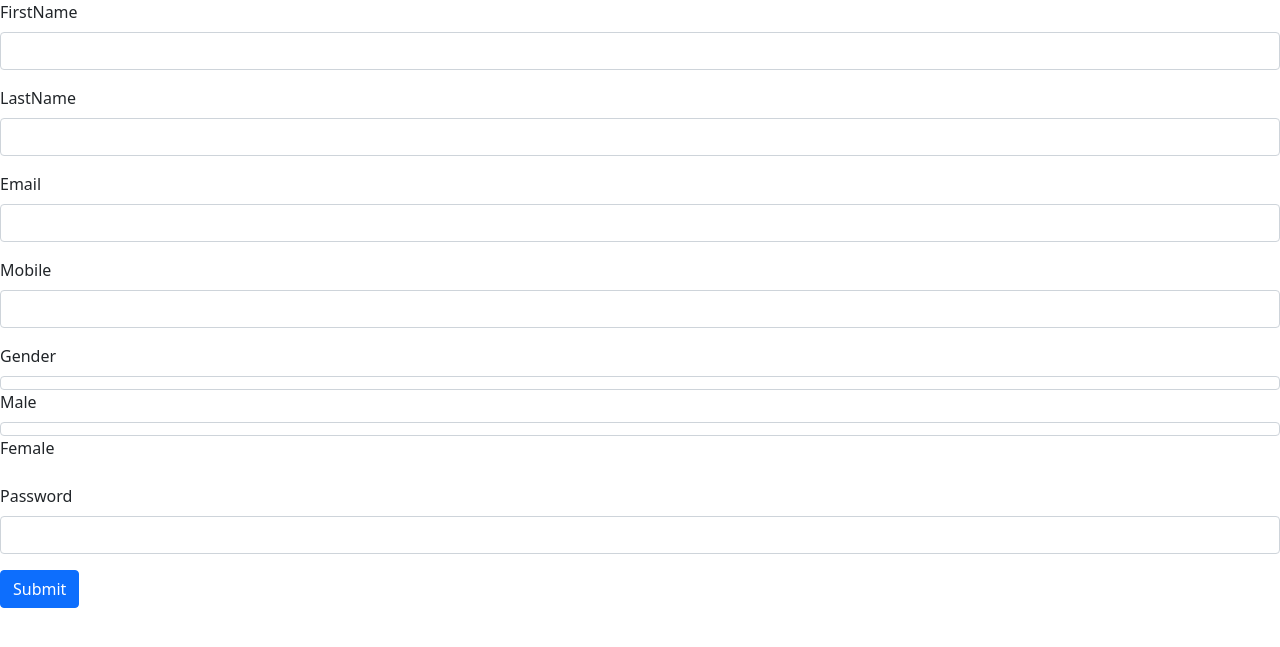
Repository: 2001Yogi/JavaWebAssignment
Page: http://localhost/StudentInformation/
The author's editor kept a copy of each file at every save. The page is drawn from the files as they stood at one save, then again after the next save.
The browser window is 1280 px wide. The pictures show the whole page.
The page is served by Tomcat 9. Other server files are loaded and not shown.

Above is the page before, as saved 2024-09-17 13:03:10.

### StudentInformation/src/main/webapp/index.jsp
<%@ page language="java" contentType="text/html; charset=ISO-8859-1"
	pageEncoding="ISO-8859-1"%>
<!DOCTYPE html>
<html>
<head>
<meta charset="ISO-8859-1">
<link
	href="https://cdn.jsdelivr.net/npm/bootstrap@5.0.2/dist/css/bootstrap.min.css"
	rel="stylesheet"
	integrity="sha384-EVSTQN3/azprG1Anm3QDgpJLIm9Nao0Yz1ztcQTwFspd3yD65VohhpuuCOmLASjC"
	crossorigin="anonymous">
<script
	src="https://cdn.jsdelivr.net/npm/bootstrap@5.0.2/dist/js/bootstrap.bundle.min.js"
	integrity="sha384-MrcW6ZMFYlzcLA8Nl+NtUVF0sA7MsXsP1UyJoMp4YLEuNSfAP+JcXn/tWtIaxVXM"
	crossorigin="anonymous"></script>
<script
	src="https://cdn.jsdelivr.net/npm/@popperjs/core@2.9.2/dist/umd/popper.min.js"
	integrity="sha384-IQsoLXl5PILFhosVNubq5LC7Qb9DXgDA9i+tQ8Zj3iwWAwPtgFTxbJ8NT4GN1R8p"
	crossorigin="anonymous"></script>
<script
	src="https://cdn.jsdelivr.net/npm/bootstrap@5.0.2/dist/js/bootstrap.min.js"
	integrity="sha384-cVKIPhGWiC2Al4u+LWgxfKTRIcfu0JTxR+EQDz/bgldoEyl4H0zUF0QKbrJ0EcQF"
	crossorigin="anonymous"></script>
<title>Student Form</title>
</head>
<body>
	<form>
		<div class="mb-3">
			<label class="form-label">FirstName</label>
				<input type="text" class="form-control" name="fname">
		</div>
		<div class="mb-3">
			<label  class="form-label">LastName</label>
				<input type="text" class="form-control" name="lname">
		</div>
		<div class="mb-3">
			<label  class="form-label">Email</label>
				<input type="email" class="form-control" name="email">
		</div>
		<div class="mb-3">
			<label class="form-label">Mobile</label>
				<input type="number" class="form-control" name="mobile">
		</div>
		<div class="mb-3">
			<label class="me-2 form-label">Gender</label>
				<input type="radio" class="form-control" name="gender"><label class="form-label">Male</label>
				<input type="radio" class="form-control" name="gender"><label class="me-2 form-label">Female</label>
		</div>
		<div class="mb-3">
			<label class="form-label">Password</label>
				<input type="password" class="form-control" name="pass">
		</div>

		<button type="submit" class="btn btn-primary" name="register">Submit</button>
	</form>
</body>
</html>

After the next save:
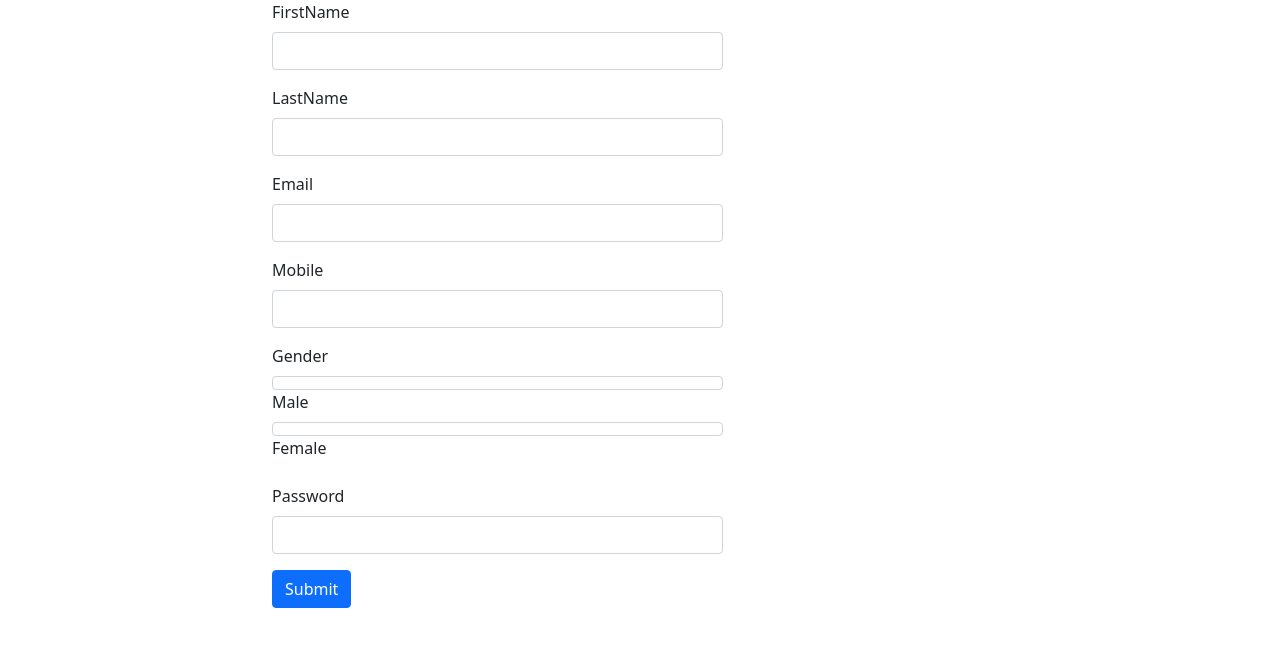
Saved 116 s later.
--- a/StudentInformation/src/main/webapp/index.jsp
+++ b/StudentInformation/src/main/webapp/index.jsp
@@ -25,33 +25,40 @@
 </head>
 <body>
 	<form>
-		<div class="mb-3">
-			<label class="form-label">FirstName</label>
-				<input type="text" class="form-control" name="fname">
+		<div class="container">
+			<div class="row">
+				<div class="col-2"></div>
+				<div class="col-5">
+					<div class="mb-3">
+						<label class="form-label">FirstName</label>
+							<input type="text" class="form-control" name="fname">
+					</div>
+					<div class="mb-3">
+						<label  class="form-label">LastName</label>
+							<input type="text" class="form-control" name="lname">
+					</div>
+					<div class="mb-3">
+						<label  class="form-label">Email</label>
+							<input type="email" class="form-control" name="email">
+					</div>
+					<div class="mb-3">
+						<label class="form-label">Mobile</label>
+							<input type="number" class="form-control" name="mobile">
+					</div>
+					<div class="mb-3">
+						<label class="me-2 form-label">Gender</label>
+							<input type="radio" class="form-control" name="gender"><label class="form-label">Male</label>
+							<input type="radio" class="form-control" name="gender"><label class="me-2 form-label">Female</label>
+					</div>
+					<div class="mb-3">
+						<label class="form-label">Password</label>
+							<input type="password" class="form-control" name="pass">
+					</div>
+
+					<button type="submit" class="btn btn-primary" name="register">Submit</button>
+				</div>
+			</div>
 		</div>
-		<div class="mb-3">
-			<label  class="form-label">LastName</label>
-				<input type="text" class="form-control" name="lname">
-		</div>
-		<div class="mb-3">
-			<label  class="form-label">Email</label>
-				<input type="email" class="form-control" name="email">
-		</div>
-		<div class="mb-3">
-			<label class="form-label">Mobile</label>
-				<input type="number" class="form-control" name="mobile">
-		</div>
-		<div class="mb-3">
-			<label class="me-2 form-label">Gender</label>
-				<input type="radio" class="form-control" name="gender"><label class="form-label">Male</label>
-				<input type="radio" class="form-control" name="gender"><label class="me-2 form-label">Female</label>
-		</div>
-		<div class="mb-3">
-			<label class="form-label">Password</label>
-				<input type="password" class="form-control" name="pass">
-		</div>
-
-		<button type="submit" class="btn btn-primary" name="register">Submit</button>
 	</form>
 </body>
 </html>
